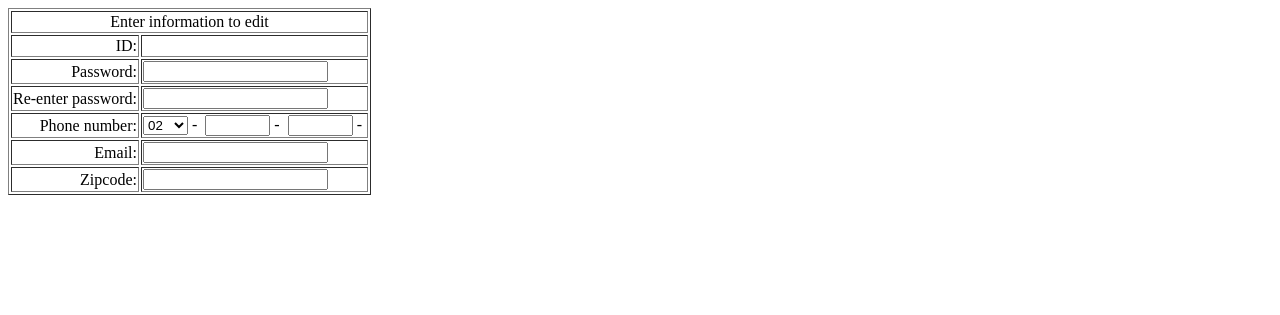
Repository: tomaters/servlets-JSP
Page: http://localhost/jsptest/mvcMem/modifyForm.jsp
The author's editor kept a copy of each file at every save. The page is drawn from the files as they stood at one save, then again after the next save.
The browser window is 1280 px wide. The pictures show the whole page.
The page is served by Tomcat 10.

Above is the page before, as saved 2023-12-11 05:38:13.

After the next save:
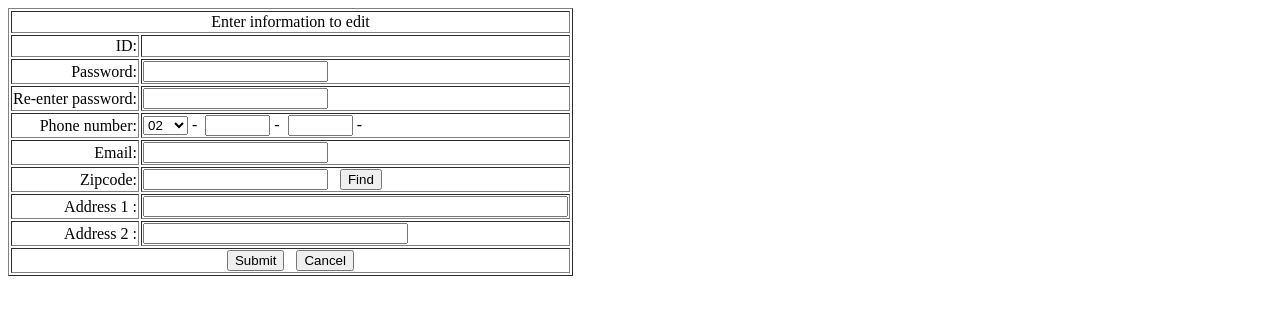
Saved 2 min 1 s later.
--- a/jsptest/src/main/webapp/mvcMem/modifyForm.jsp
+++ b/jsptest/src/main/webapp/mvcMem/modifyForm.jsp
@@ -44,6 +44,20 @@
 			<tr>
 				<td align="right">Zipcode: </td>
 				<td><input type="text" name="zipcode" size="20" value="${zipcode}" /> &nbsp;
+				<input type="button" value="Find" onClick="zipCheck()"/></td>
+			</tr>
+			<tr>
+				<td align="right" >Address 1 :</td>
+				<td><input type="text" name="address1" size="50" value="${address1}"/></td></tr>
+ 			<tr>
+				<td align="right" >Address 2 :</td>
+				<td><input type="text" name="address2" size="30" value="${address2}"/></td>
+			</tr>
+ 			<tr>
+				<td colspan="2" align="center" >
+				<input type="button" value="Submit" onClick="inputCheck()"/>&nbsp;&nbsp;
+				<input type="button" value="Cancel" onclick="javascript:window.location='member.mdo?cmd=login'"/>
+			</td></tr>
 		</table>
 	</form>
 </body>
